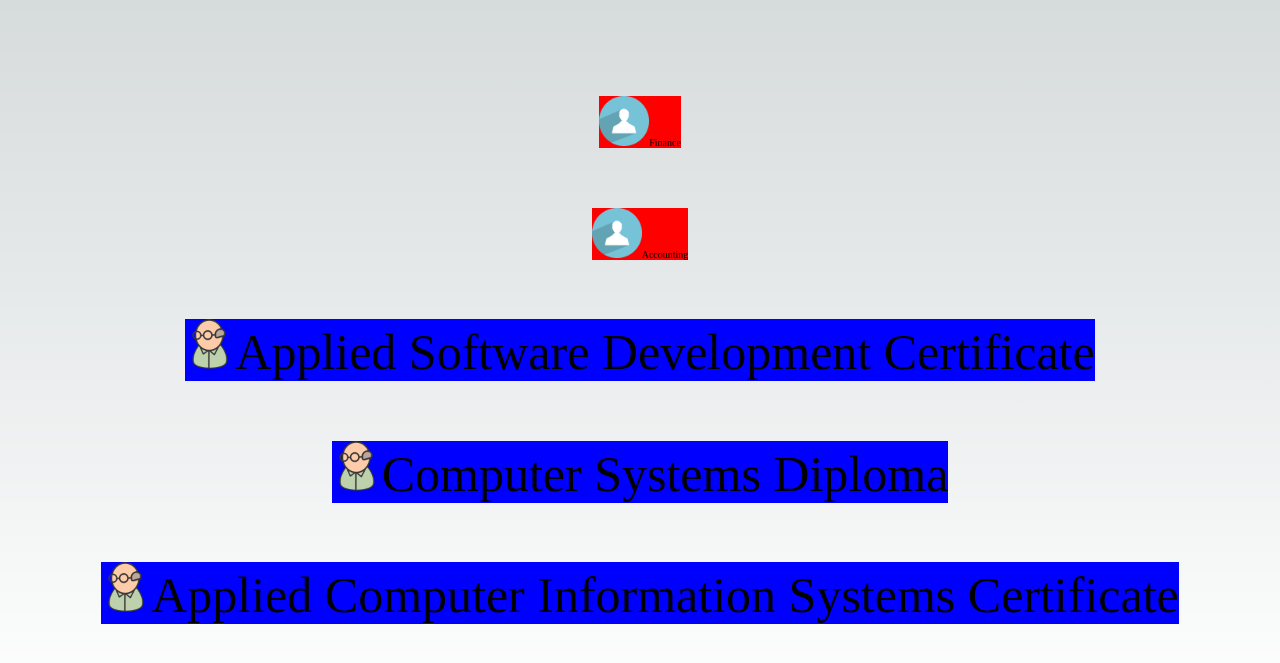
Repository: Haydenleung/MDIA2109-ClassLab3
Page: /
These files come from the project's save history. The page is drawn as it stood at one moment and after the next save; the edit follows.
The browser window is 1280 px wide. The pictures show the whole page.
The project was rebuilt for these pictures with package versions that can differ from the ones it lists, and the page was loaded fresh each time. The framework's server and built-in components were replaced by stand-ins that run in the browser. Also part of the build but not shown: next.config.js.

Above is the page before, as saved 2023-01-19 15:30:33.

After the next save:
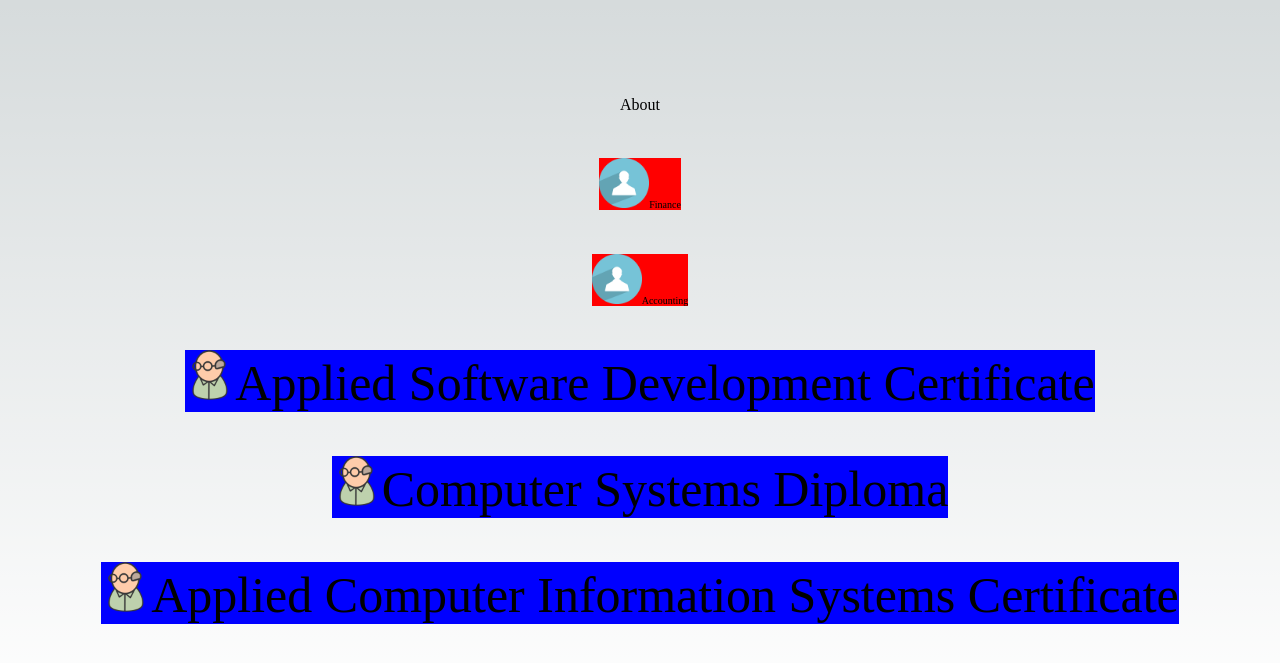
Saved 30 s later.
--- a/pages/index.js
+++ b/pages/index.js
@@ -24,6 +24,7 @@ export default function Home() {
         <link rel="icon" href="/favicon.ico" />
       </Head>
       <main className={styles.main}>
+        <Link href="about">About</Link>
         {
           information && information.map((info, index) => {
             if(info.department.toLowerCase() === "business"){
